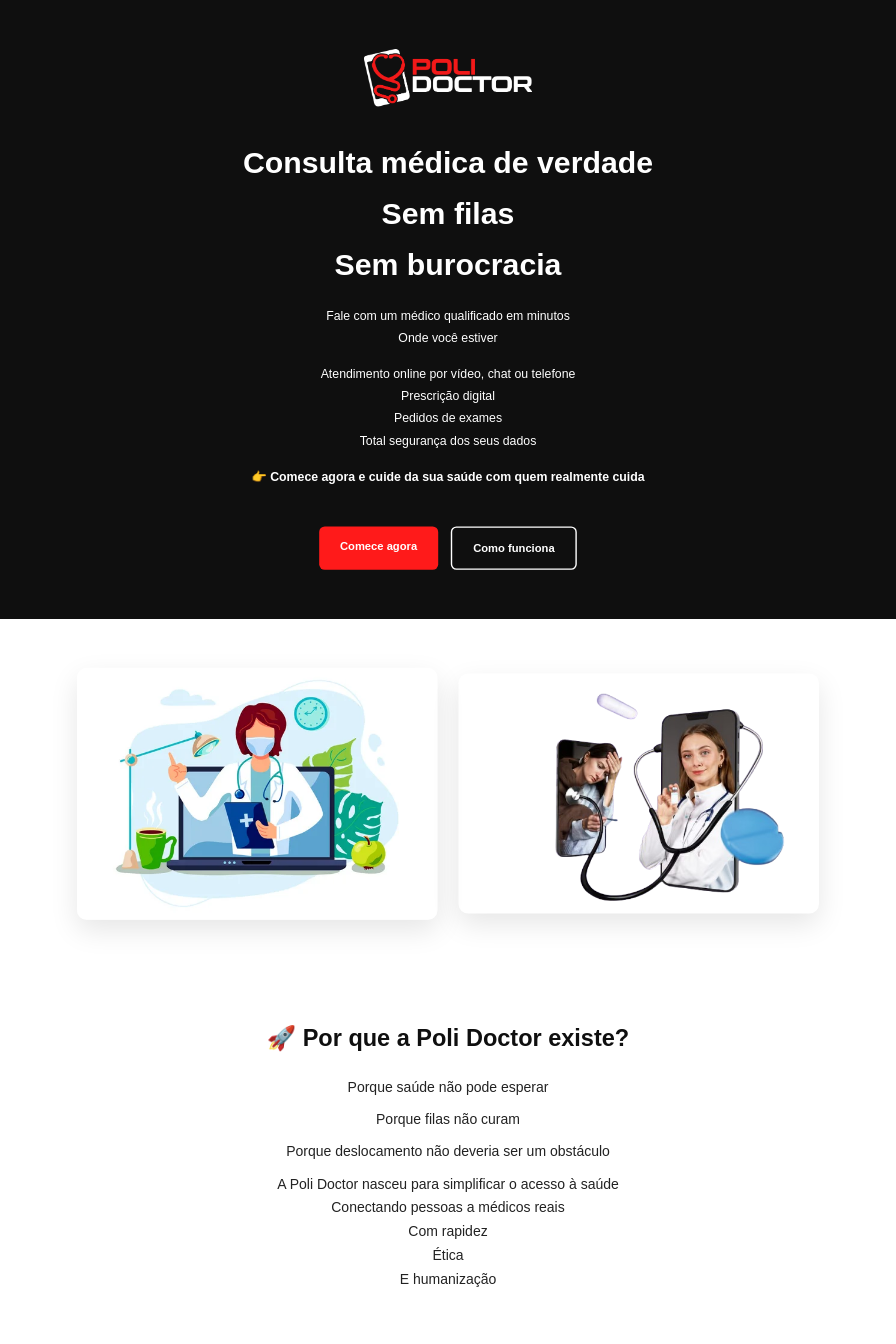
Repository: RenSkywalker/poli-doctor-landing
Page: index.html
The author's editor kept a copy of each file at every save. The page is drawn from the files as they stood at one save, then again after the next save.
The browser window is 1280 px wide. The pictures show the part of the page from y = 0 to 1920 px (the page is 8679 px tall before and 8279 px after), at 70% of full size.

Above is the page before, as saved 2026-01-15 16:28:47.

After the next save:
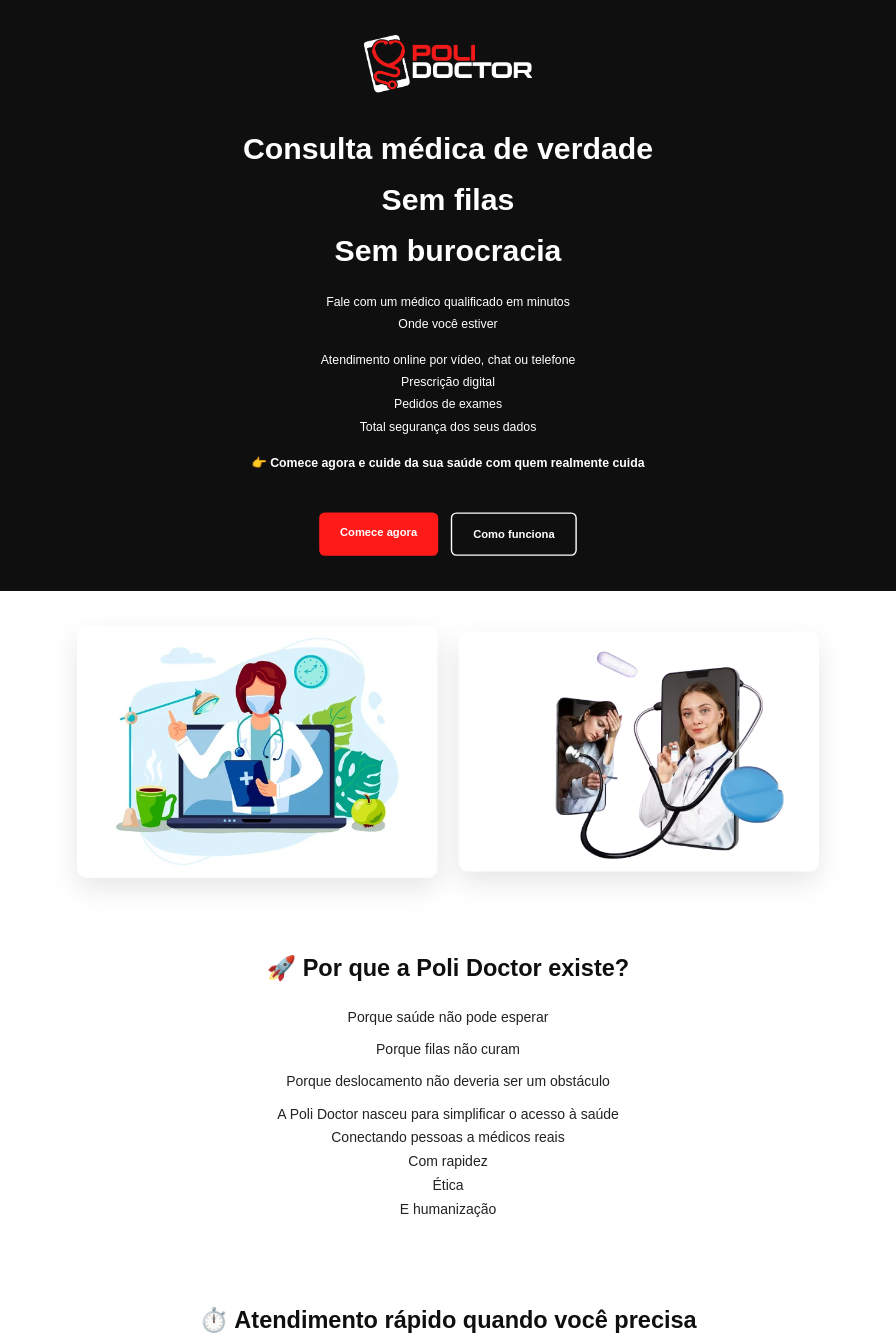
Saved 72 s later.
--- a/css/style.css
+++ b/css/style.css
@@ -40,7 +40,7 @@
 .container {
   max-width: 1100px;
   margin: auto;
-  padding: 70px 20px;
+  padding: 50px 20px;
 }
 
 /* ================= HERO ================= */
